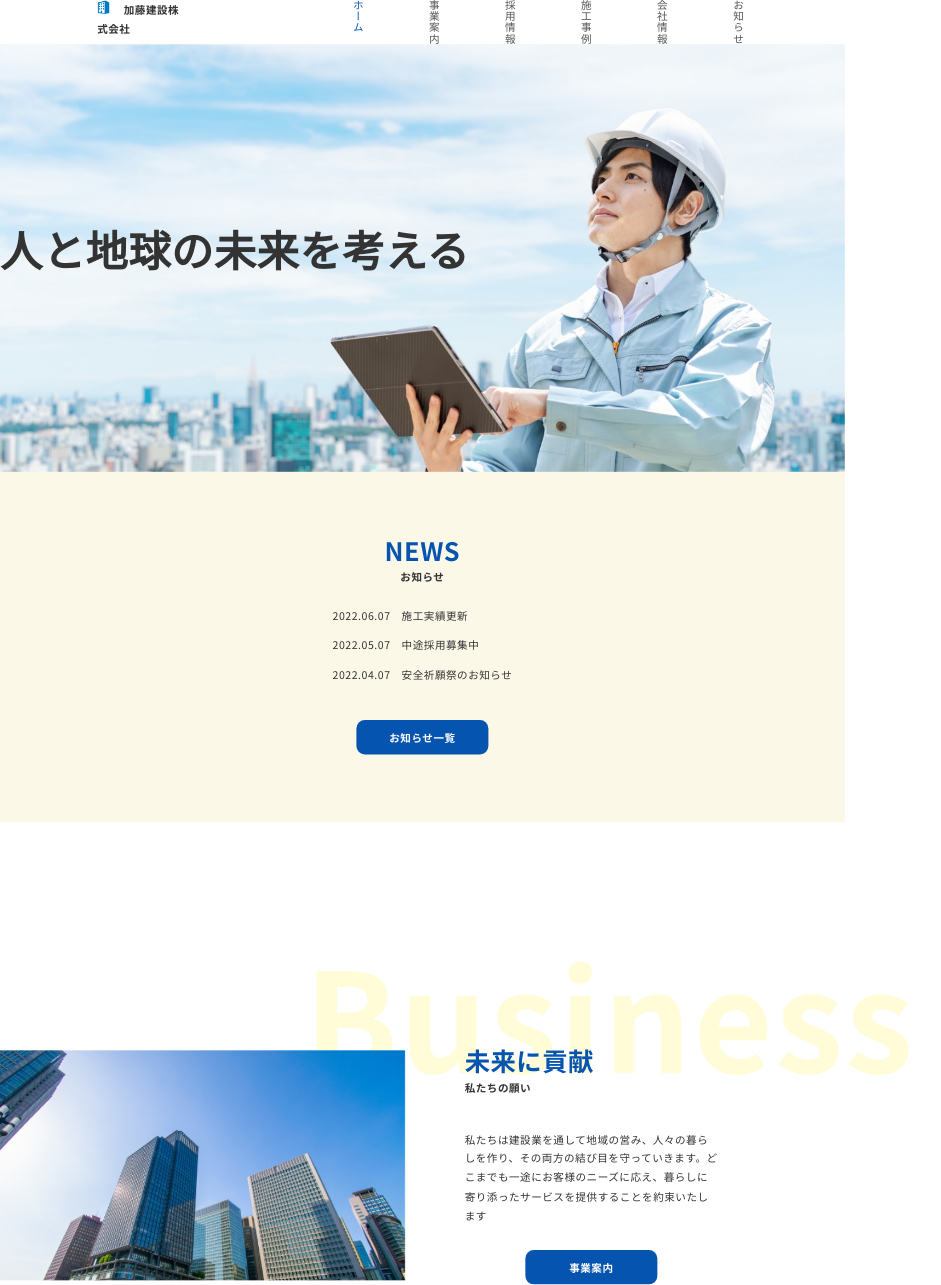
Repository: nozomi-23/hp1_test
Page: index.html
These files come from the project's save history. The page is drawn as it stood at one moment and after the next save; the edit follows.
The browser window is 1280 px wide. The page is 1387 px wide, then 1425 px, so the pictures cover 1425 px, including what lies to the right of the window. The pictures show the whole page, at 66% of full size.

Above is the page before, as saved 2022-06-12 14:57:11.

### index.html
<!DOCTYPE html>
<html lang="ja">
<head>
<meta charset="UTF-8">
<title>加藤建設 株式会社</title>
<meta name="description" content="人と地球の未来を考える 加藤建設 株式会社">
<meta name="keywords" content="建築,土木,インフラ">
<meta name="viewport" content="width=device-width, initial-scale=1.0">
<meta property="og:title" content="建築依頼なら「加藤建設 株式会社」">
<meta property="og:type" content="article">
<meta property="og:url" content="https://withcode-plus.tech">
<meta property="og:image" content="img/logo.png">
<meta property="og:description" content="確かな技術力が自慢、インフラから地域貢献まで加藤建設にお任せ下さい">
<meta property="og:site_name" content="加藤建設 株式会社">
<link rel="icon" href="img/favicon.ico">
<link rel="apple-touch-icon" sizes="180x180" href="img/logo.png">
<link rel="preconnect" href="https://fonts.googleapis.com">
<link rel="preconnect" href="https://fonts.gstatic.com" crossorigin>
<link href="https://fonts.googleapis.com/css2?family=Noto+Sans+JP:wght@400;500;700&family=Noto+Serif+JP&display=swap"
  rel="stylesheet">
<link rel="stylesheet" type="text/css" href="css/reset.css">
<link rel="stylesheet" type="text/css" href="css/common1.css">
<link rel="stylesheet" type="text/css" href="css/index.css">
</head>
<body>
  <!-- =========header -->
  <header>
    <div class="header_wrapper">
      <div class="header_inner">
        <h1 class="header_left">加藤建設株式会社</h1>
        <nav class="header_right" >
          <ul class="header_list">
            <li><a href="#" class="color">ホーム</a></li>
            <li><a href="html/business.html">事業案内</a></li>
            <li><a href="html/recruit.html">採用情報</a></li>
            <li><a href="html/work.html">施工事例</a></li>
            <li><a href="html/company.html">会社情報</a></li>
            <li><a href="html/news.html">お知らせ</a></li>
          </ul>
        </nav>
      </div>
    </div>
  </header>
  <!-- =========main_view -->
  <main>
    <section class="main_wrapper">
      <div class="main_txt">
        <h3>人と地球の未来を考える</h3>
      </div>
    </section>
    <!-- =========news -->
    <section class="news section section_color">
      <div class="news_wrapper">
        <h2 class="title">NEWS<br>
          <small>お知らせ</small></h2>
        <ul class="news_list">
          <li>2022.06.07&emsp;施工実績更新</li>
          <li>2022.05.07&emsp;中途採用募集中</li>
          <li>2022.04.07&emsp;安全祈願祭のお知らせ</li>
        </ul>
        <div class="btn">
          <a href="html/news.html">お知らせ一覧</a>
        </div>
      </div>
    </section>
    <!-- =========business -->
    <section class="business section">
      <div class="business_wrapper">
        <div class="business_all">
          <div class="business_bg_wrapper">
            <div class="business_bg">
              <div class="business_bg_item">
                <p>Business</p>
              </div>
            </div>
          </div>
          <div class="business_block_wrapper">
            <div class="business_block_1">
              <img src="img/bussines_top.png" alt="事業案内画像">
            </div>
            <div class="business_block_2">
              <h2 class="title">未来に貢献<br>
                <small>私たちの願い</small>
              </h2>
              <p>私たちは建設業を通して地域の営み、人々の暮らしを作り、その両方の結び目を守っていきます。どこまでも一途にお客様のニーズに応え、暮らしに寄り添ったサービスを提供することを約束いたします</p>
              <div class="btn">
                <a href="html/business.html">事業案内</a>
              </div>
            </div>
          </div>
        </div>

      </div>
    </section>
  </main>
</body>
</html>

### css/reset.css
@charset "UTF-8";

html,
body,
div,
span,
object,
iframe,
h1,
h2,
h3,
h4,
h5,
h6,
p,
blockquote,
pre,
abbr,
address,
cite,
code,
del,
dfn,
em,
img,
ins,
kbd,
q,
samp,
small,
strong,
sub,
sup,
var,
b,
i,
dl,
dt,
dd,
ol,
ul,
li,
fieldset,
form,
label,
legend,
table,
caption,
tbody,
tfoot,
thead,
tr,
th,
td,
article,
aside,
canvas,
details,
figcaption,
figure,
footer,
header,
hgroup,
menu,
nav,
section,
summary,
time,
mark,
audio,
video {
  margin: 0;
  padding: 0;
  border: 0;
  outline: 0;
  font-size: 100%;
  vertical-align: baseline;
  background: transparent;
}

body {
  line-height: 1;
}

article,
aside,
details,
figcaption,
figure,
footer,
header,
hgroup,
menu,
nav,
section {
  display: block;
}

nav ul {
  list-style: none;
}

blockquote,
q {
  quotes: none;
}

blockquote:before,
blockquote:after,
q:before,
q:after {
  content: '';
  content: none;
}

a {
  margin: 0;
  padding: 0;
  font-size: 100%;
  vertical-align: baseline;
  background: transparent;
}

/* change colours to suit your needs */
ins {
  background-color: #ff9;
  color: #000;
  text-decoration: none;
}

/* change colours to suit your needs */
mark {
  background-color: #ff9;
  color: #000;
  font-style: italic;
  font-weight: bold;
}

del {
  text-decoration: line-through;
}

abbr[title],
dfn[title] {
  border-bottom: 1px dotted;
  cursor: help;
}

table {
  border-collapse: collapse;
  border-spacing: 0;
}

/* change border colour to suit your needs */
hr {
  display: block;
  height: 1px;
  border: 0;
  border-top: 1px solid #cccccc;
  margin: 1em 0;
  padding: 0;
}

input,
select {
  vertical-align: middle;
}

### css/common1.css
@charset "UTF-8";

body {
  color: #333;
  letter-spacing: 0.05em;
  line-height: 1.8;
  font-family: 'Noto Sans JP', sans-serif ,'Noto Serif JP', serif;
  word-break: break-all;
}
li {
  list-style: none;
}

a {
  text-decoration: none;
}
.section {
  padding: 8% 0;
  position: relative;
}


/* タイトル */
.title {
  color: #0554B0;
  font-weight: bold;
  font-size: 2.4rem;
  line-height: 0.8;
}
.title small {
  font-size: 1rem;
  color: #333;
}
/* ボタン */
.btn {
  background-color: #0554B0;
  width: 200px;
  margin: 0 auto;
  line-height: 2;
  border-radius: 0.8rem;
}
.btn a {
  display: block;
  color: #fff;
  font-weight: bold;
  padding: 5%;
  text-align: center;
}
.btn:hover {
  opacity: 0.5;
}

### css/index.css
@charset "UTF-8";

/* =================
header
===================*/
.header_wrapper {
  display: flex;
  justify-content: center;
}
.header_inner {
  width: 77%;
  display: flex;
  justify-content: space-between;

}
.header_list {
  display: table;
}
.header_list li {
  display: table-cell;
  writing-mode: vertical-rl;
}
.header_list li a {
  color: #555;
}
.header_list li a:hover {
  opacity: 0.5;
}
.header_list li a.color {
  color: #0554B0;
}

.header_left::before {
  content: "";
  background: url(../img/name_icon.png) no-repeat ;
  background-size: contain;
  width: 30%;
  height: 30%;
  z-index: 1;
  display: inline-block;
}

/* =================
main_view
===================*/
.main_wrapper {
  background: url(../img/top_img.png)no-repeat center;
  background-size: cover;
  width: 100%;
  height: 90vh;
}
.main_txt {
  font-size: 4rem;
  font-weight: normal;
  font-family: 'Noto Serif JP';
  position: relative;
  top: 40%;
}
/* =================
news
===================*/
.section_color {
  background-color: #FCF8E8;
}
.news {
  text-align: center;
  display: block;
}

.news_list {
  padding: 3%;
  text-align: left;
  display: inline-block;

}
.news_list li {
  margin-bottom: 1rem;
}
/* =================
business
===================*/
.business_all {
  position: relative;
}
.business_block_wrapper {
  width: 100%;
  height: auto;
  display: flex;
  justify-content: space-between;
  position: absolute;
  top: 65%;
}


.business_block_1 {
  width: 48%;
}
.business_block_1 img{
  width: 100%;
  height: auto;
}
.business_block_2 {
  width: 30%;
  margin-right: 15%;
}
.business_block_2 p {
  padding: 15% 0 10% 0;
}
.business_bg {
  width: 80%;
}
.business_bg_wrapper {
  width: 80%;
  margin-left: auto;
}
.business_bg_item {
  width: 100%;
  /* background-color: aqua; */
}
.business_bg {
  margin-left: auto;
}
.business_bg_item p {
  color: rgba(255, 245, 109, 0.27);
  font-size: 13rem;
  font-weight: 700;
  white-space: nowrap;
  letter-spacing: 0.2rem;
  }

After the next save:
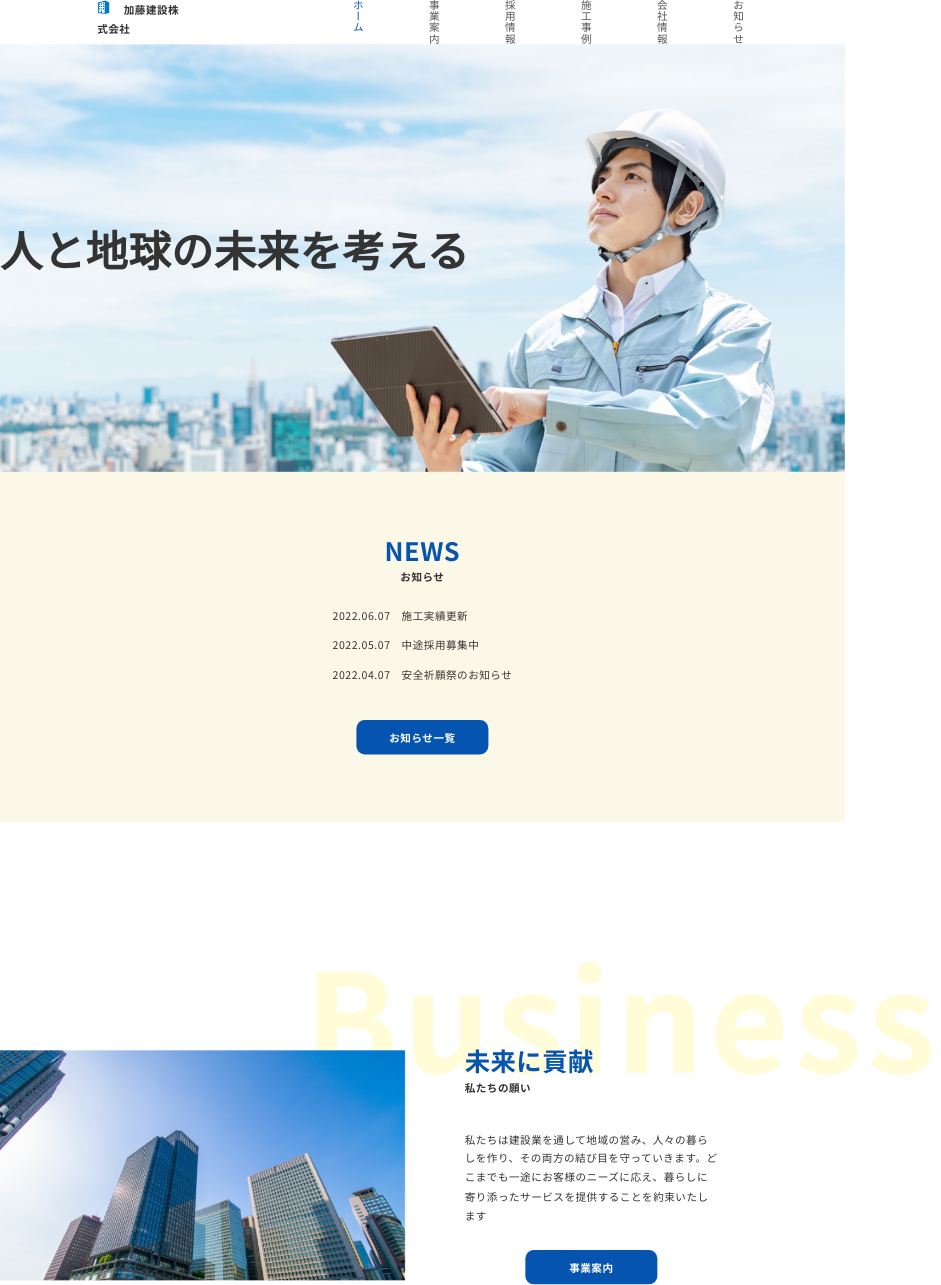
Saved 66 s later.
--- a/css/index.css
+++ b/css/index.css
@@ -125,5 +125,5 @@ business
   font-size: 13rem;
   font-weight: 700;
   white-space: nowrap;
-  letter-spacing: 0.2rem;
+  letter-spacing: 0.5rem;
   }
